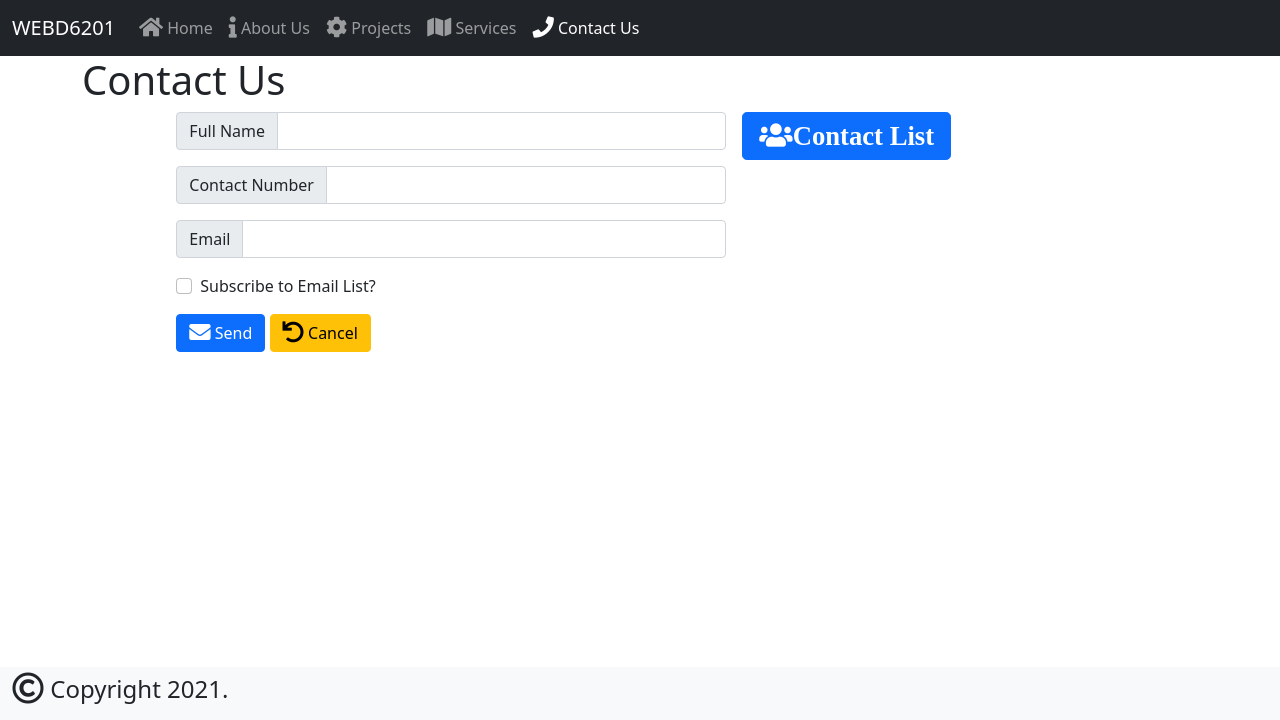
Repository: GarlicButterBoy/WEBD6201-ICE03
Page: contact.html
These files come from the project's save history. The page is drawn as it stood at one moment and after a run of saves; the edit follows.
The browser window is 1280 px wide. The pictures show the whole page.

Above is the page before, as saved 2021-02-04 09:10:45.

### contact.html
<!DOCTYPE html>
<html lang="en">
<head>
    <meta charset="UTF-8">
    <meta name="viewport" content="width=device-width, initial-scale=1.0">
    <title>Contact</title>
    <!-- CSS Section -->
    <link rel="stylesheet" href="./node_modules/bootstrap/dist/css/bootstrap.min.css">
    <link rel="stylesheet" href="./node_modules/@fortawesome/fontawesome-free/css/all.min.css">
    <link rel="stylesheet" href="./Content/app.css">
</head>
<body>
    <!-- Main Header -->
    <header>
        <!-- Main Navigation -->
        <nav class="navbar navbar-expand-lg navbar-dark bg-dark">
            <div class="container-fluid">
              <a class="navbar-brand" href="index.html">WEBD6201</a>
              <button class="navbar-toggler" type="button" data-bs-toggle="collapse" data-bs-target="#navbarSupportedContent" aria-controls="navbarSupportedContent" aria-expanded="false" aria-label="Toggle navigation">
                <span class="navbar-toggler-icon"></span>
              </button>
              <div class="collapse navbar-collapse" id="navbarSupportedContent">
                <ul class="navbar-nav me-auto mb-2 mb-lg-0">
                  <li class="nav-item">
                    <a class="nav-link" aria-current="page" href="index.html"><i class="fas fa-home fa-lg"></i> Home</a>
                  </li>

                  <li class="nav-item">
                    <a class="nav-link" aria-current="page" href="about.html"><i class="fas fa-info fa-lg"></i> About Us</a>
                  </li>

                  <li class="nav-item">
                    <a class="nav-link" aria-current="page" href="projects.html"><i class="fas fa-cog fa-lg"></i> Projects</a>
                  </li>

                  <li class="nav-item">
                    <a class="nav-link" aria-current="page" href="services.html"><i class="fas fa-map fa-lg"></i> Services</a>
                  </li>

                  <li class="nav-item">
                    <a class="nav-link active" aria-current="page" href="contact.html"><i class="fas fa-phone fa-lg"></i> Contact Us</a>
                  </li>
                </ul>
              </div>
            </div>
          </nav>
    </header>

    <!-- Main Content -->
    <main class="container">
        <h1>Contact Us</h1>
        <div id="messageArea"></div>

        <div class="row justify-content-lg-center g-3">
          <form class="col-lg-6 col-md-10 col-sm-10">

            <div class="input-group mb-3">
              <span class="input-group-text" id="inputGroup-sizing-default">Full Name </span>
              <input id="fullName" type="text" class="form-control" aria-label="Full Name" aria-describedby="Full Name Input"
              name="fullName" required>
            </div>

            <div class="input-group mb-3">
              <span class="input-group-text" id="inputGroup-sizing-default">Contact Number</span>
              <input id="contactNumber" type="tel" class="form-control" aria-label="Contact Number" aria-describedby="Contact Number Input"
              name="contactNumber" required>
            </div>

            <div class="input-group mb-3">
              <span class="input-group-text" id="inputGroup-sizing-default">Email</span>
              <input id="emailAddress" type="email" class="form-control" aria-label="Email Address" aria-describedby="Email Address Input"
              name="emailAddress" required>
            </div>

            <div class="form-check mb-3">
              <input class="form-check-input" type="checkbox" value="" id="subscribeCheckbox" name="subscribeCheckbox">
              <label class="form-check-label" for="subscribeCheckbox">Subscribe to Email List?</label>
            </div>


            <button id="sendButton" type="submit" class="btn btn-primary"><i class="fas fa-envelope fa-lg"></i> Send</button>
            <button id="cancelButton" type="reset" class="btn btn-warning"><i class="fas fa-undo fa-lg"></i> Cancel</button>
          </form>

          <div class="col=lg-3 col-md-4">
            <a href="contact-list.html" class="btn btn-primary btn-lg"><i class="fas fa-users fa-lg">Contact List</i></a>
          </div>

        </div>


    </main>

    <!-- Main Footer -->
    <footer>
        <nav class="navbar fixed-bottom navbar-light bg-light">
            <div class="container-fluid">
              <h4><i class="far fa-copyright fa-lg"></i> Copyright 2021.</h4>
            </div>
          </nav>
    </footer>

    <!-- Script Section-->
    <script src="./node_modules/jquery/dist/jquery.min.js"></script>
    <script src="./node_modules/bootstrap/dist/js/bootstrap.bundle.min.js"></script>
    <script src="./Scripts/namespace.js"></script>
    <script src="./Scripts/contact.js"></script>
    <script src="./Scripts/app.js"></script>
</body>
</html>

### Scripts/namespace.js

//namespace core
let core;

### Scripts/contact.js
"use strict";

//Contact Class

(()=>{
    class Contact {

        //getters and setters
      get FullName()
      {
          return this.m_fullName;
      }
      get ContactNumber()
      {
          return this.m_conactNumber;
      }
      get EmailAddress()
      {
          return this.m_emailAddress;
      }
      set FullName(value)
      {
          this.m_fullName = value;
      }
      set ContactNumber(value)
      {
          this.m_conactNumber = value;
      }
      set EmailAddress(value)
      {
          this.m_emailAddress = value;
      }

        //Constructor
        /**
         * A Constructor for any Contact objects being instantiated
         * @param {string} fullName
         * @param {string} contactNumber
         * @param {string} emailAddress
         */
        constructor(fullName = "", contactNumber = "", emailAddress = "")
        {
            this.ContactNumber = contactNumber;
            this.EmailAddress = emailAddress;
            this.FullName = fullName;
        }



        //Methods
        /**
         * Overrides the toString method to print the Contact class
         * @returns {string}
         */
        toString()
        {
            return `Full Name: ${this.m_fullName}\nPhone: ${this.m_contactNumber}\nEmail: ${this.m_emailAddress}`;
        }

        /**
         * This method returns a JSON Object
         * @returns {Object}
         */
        toJSON()
        {
            return {
                "fullName":this.FullName,
                "contactNumber":this.ContactNumber,
                "emailAddress":this.EmailAddress
            }
        }
        /**
         * Method converts the Contact into a comma-seperated value string
         * @returns {String}
         */
        serialize()
        {
            if (this.FullName !== "" && this.ContactNumber !== "" && this.EmailAddress !== "")
            {
                return `${this.FullName},${this.ContactNumber},${this.EmailAddress}`;
            }
            else
            {
                console.error("Error: One of more of the Contact Properties are empty or null.");
                return null;
            }

        }
        /**
         * Method takes a comma-seperated data string and assigns the values to the contact class properties
         * @param {string} data
         * @returns {void}
         */
        deserialize(data)
        {
            let propertyArray = data.split(",");
            this.FullName = propertyArray[0];
            this.ContactNumber = propertyArray[1];
            this.EmailAddress = propertyArray[2];
        }

    }

core.Contact = Contact;

})(core || (core={}));

### Scripts/app.js
/* custom JavaScript goes here */

//IIFE - Immediately Invoked Function Expression
//AKA - Anonymous Self-Executing Function
//Closure - limits scope leak

"use strict";
/* Example of a class being created with brand new functions
let myContact =
{
  "firstName":"Nick SF",
  "contactNumber":"905-123-4567",
  "emailAddress":"email@test.com",
  "saysHello":function() { console.log(`${fullName} says Hello!`); },
  "someOtherObject":{  "friendsList":["Tony", "Stephen", "Peter"]  }

};*/

((core) =>
{
    function displayHome()
    {
/*
      $("button").on("mouseover", function(){
        console.log("JQuery Click");
      });

      let myButton = document.querySelectorAll("button")[1];
      myButton.addEventListener("click", () => {
        console.log("Button Clicked!");
      });
*/
      //console.log(myButton);

        let paragraphOneText =
          "This is a simple site to demonstrate DOM Manipulation for ICE 1";

        let paragraphOneElement = document.getElementById("paragraphOne");

        paragraphOneElement.textContent = paragraphOneText;
        paragraphOneElement.className = "fs-5";

        // Step 1. document.createElement
        let newParagraph = document.createElement("p");
        // Step 2. configure the element
        newParagraph.setAttribute("id", "paragraphTwo");
        newParagraph.textContent = "...And this is paragraph two";
        // Step 3. select the parent element
        let mainContent = document.getElementsByTagName("main")[0];
        // Step 4. Add / Insert the element
        mainContent.appendChild(newParagraph);

        newParagraph.className = "fs-6";

        // another way of injecting content
        let paragraphDiv = document.createElement("div");
        let paragraphThree = `<p id="paragraphThree" class="fs-7 fw-bold">And this is the Third Paragraph</p>`;
        paragraphDiv.innerHTML = paragraphThree;

        // insertions

        // example of inserting before a node
        //newParagraph.before(paragraphDiv);

        // example of inserting after a node
        newParagraph.after(paragraphDiv);

        // deletions

        // example of removing a single element
        //paragraphOneElement.remove();

        // example of removeChild
        mainContent.removeChild(paragraphOneElement);

        // update / modification
        //mainContent.firstElementChild.textContent = "Welcome Home!";

        mainContent.innerHTML = `<h1 id="firstHeading">Welcome to WEBD6201 - Lab 1</h1>
         <p id="paragraphOne" class="fs-3 fw-bold">This is my first Paragraph</p>
        `;

    }

    function displayAbout()
    {

    }

    function displayProjects()
    {

    }

    function displayServices()
    {

    }

    function displayContact()
    {
        //This is the same as below
        let messageArea = $("#messageArea").hide();
        //Same as this
        //let messageArea = document.getElementById("messageArea");
        //messageArea.hidden = true;

        // form validation
        $("#fullName").on("blur", function()
        {
          if($(this).val().length < 2)
            {
                //JQuery example of the lines below
                $(this).trigger("focus").trigger("select");
                messageArea.show().addClass("alert alert-danger").text("Please enter an appropriate name");
                //fullName.focus();
                //fullName.select();
                //messageArea.hidden = false;
                //messageArea.className = "alert alert-danger";
                //messageArea.textContent = "Please enter an appropriate Name";
            }
            else
            {
                //JQuery example of the line below
                messageArea.removeAttr("class").hide();
                //messageArea.hidden = true;
                //messageArea.removeAttribute("class");
            }
        });
        //let fullName = document.getElementById("fullName");
        //fullName.addEventListener("blur", function() {});

        $("#sendButton").on("click", ()=>
        {
          let contact = new core.Contact(fullName.value, contactNumber.value, emailAddress.value);
          if(contact.serialize()) //checking if the serialized object exists
          {
            localStorage.setItem((localStorage.length + 1).toString(), contact.serialize());
          }
        });

        //let sendButton = document.getElementById("sendButton");
        //sendButton.addEventListener("click", function(event){

            //event.preventDefault();
            //console.log(contact.serialize());
            //fullName.value = "";
            //contactNumber.value = "";
            //emailAddress.value = "";
        //});
    }
    function displayContactList()
    {

      if(localStorage.length > 0)
      {
        let contactList = document.getElementById("contactList");

        let data = "";

        for (let index = 0; index < localStorage.length; index++)
        {
          let contactData = localStorage.getItem((index + 1).toString());

          console.log(contactData);

          let contact = new core.Contact();
          contact.deserialize(contactData);

          data += `<tr>
                  <th scope="row">${index + 1}</th>
                  <td>${contact.FullName}</td>
                  <td>${contact.ContactNumber}</td>
                  <td>${contact.EmailAddress}</td>
                  </tr>`;
        }

        contactList.innerHTML = data;
      }


    }

    function Start()
    {
        console.log("App Started...");

        switch (document.title)
        {
          case "Home":
              displayHome();
            break;
          case "About":
              displayAbout();
            break;
          case "Projects":
              displayProjects();
            break;
          case "Services":
              displayServices();
            break;
          case "Contact":
              displayContact();
            break;
          case "Contact-List":
              displayContactList();
            break;
        }

    }

    window.addEventListener("load", Start);

    core.Start = Start;


})  (core || (core={}));

Loaded but not shown: node_modules/bootstrap/dist/css/bootstrap.min.css (library); node_modules/@fortawesome/fontawesome-free/css/all.min.css (library); Content/app.css (common file); node_modules/jquery/dist/jquery.min.js (library); node_modules/bootstrap/dist/js/bootstrap.bundle.min.js (library)

After the next 2 saves:
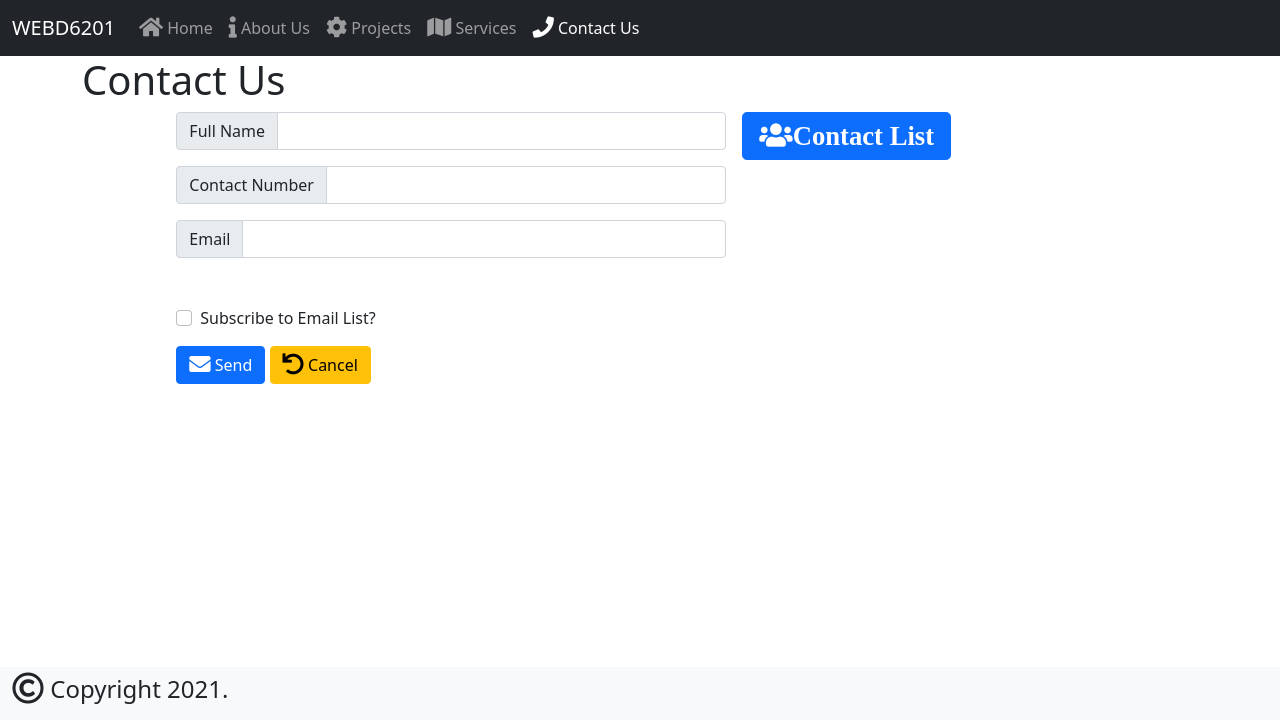
The 2 saves are shown as one change because they came seconds apart.
The last was saved 19 s later.
--- a/contact.html
+++ b/contact.html
@@ -72,7 +72,7 @@
               name="emailAddress" required>
             </div>
 
-            <div class="form-check mb-3">
+            <div class="form-check mt-5 mb-3">
               <input class="form-check-input" type="checkbox" value="" id="subscribeCheckbox" name="subscribeCheckbox">
               <label class="form-check-label" for="subscribeCheckbox">Subscribe to Email List?</label>
             </div>

After the 4 saves that followed:
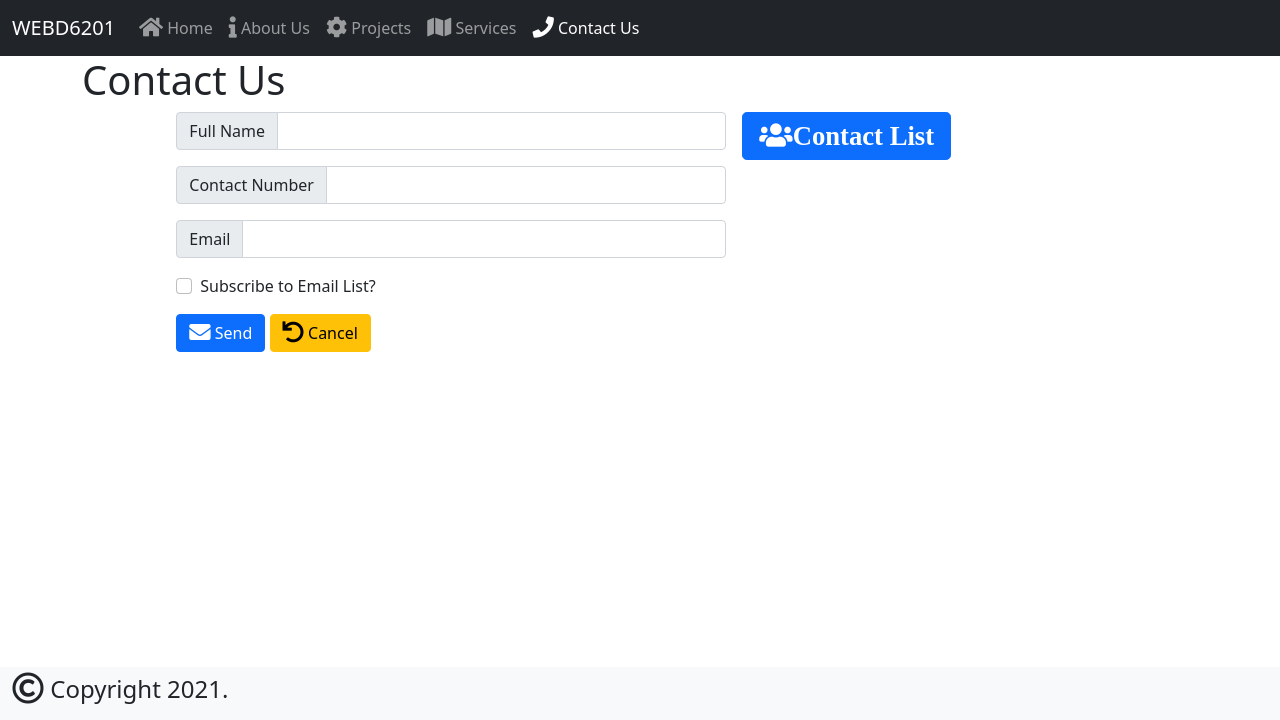
The 4 saves are shown as one change because they came seconds apart.
The last was saved 11 s later.
--- a/contact.html
+++ b/contact.html
@@ -72,7 +72,7 @@
               name="emailAddress" required>
             </div>
 
-            <div class="form-check mt-5 mb-3">
+            <div class="form-check ml-5 mb-3">
               <input class="form-check-input" type="checkbox" value="" id="subscribeCheckbox" name="subscribeCheckbox">
               <label class="form-check-label" for="subscribeCheckbox">Subscribe to Email List?</label>
             </div>
